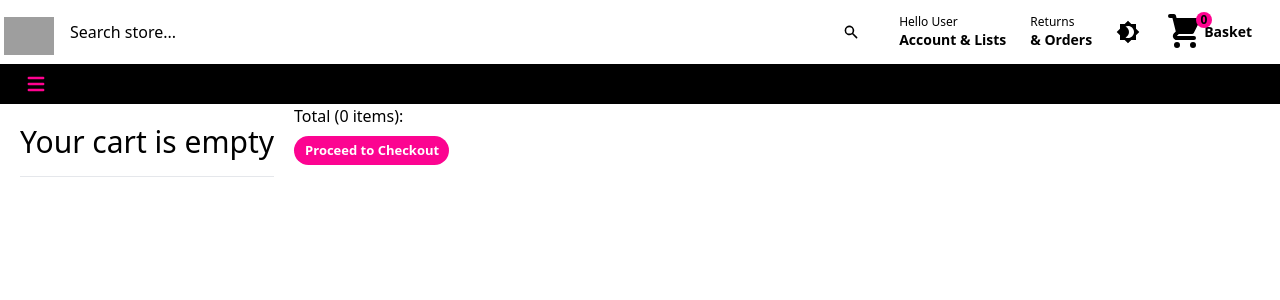
Repository: MarkusDavis/markus-davis-store
Page: /checkout
These files come from the project's save history. The page is drawn as it stood at one moment and after the next save; the edit follows.
The browser window is 1280 px wide. The pictures show the whole page.
Pictures or frames that could not be fetched are drawn as grey boxes. The page's requests for data from a server got no answer. The project was rebuilt for these pictures with package versions that can differ from the ones it lists, and the page was loaded fresh each time. The framework's server and built-in components were replaced by stand-ins that run in the browser. No one was signed in, and anything a server would have sent is missing. Also part of the build but not shown: next.config.js, src/components/CheckoutProduct.js.

Above is the page before, as saved 2022-10-11 02:34:33.

After the next save:
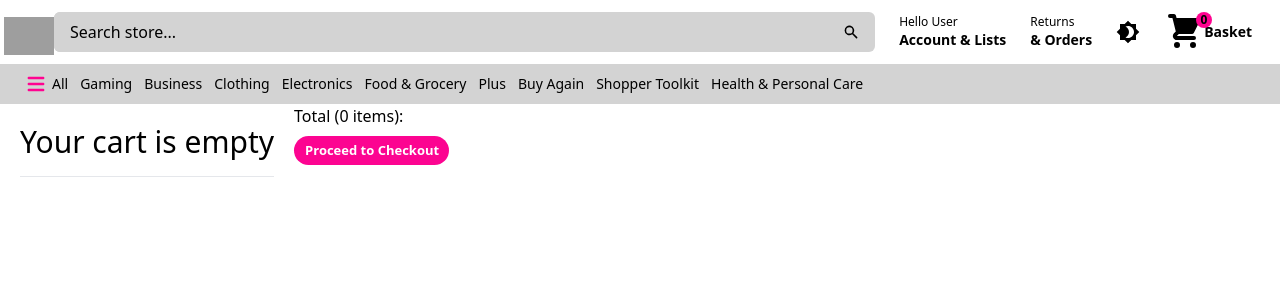
Saved 8 min 19 s later.
--- a/src/components/Header.js
+++ b/src/components/Header.js
@@ -21,13 +21,13 @@ function Header() {
             className="cursor-pointer"
           />
         </div>
-        <div className="hidden sm:flex items-center h-10 rounded-md flex-grow cursor-pointer hover:bg-light-secondary dark:hover:bg-dark-primary">
+        <div className="hidden sm:flex items-center h-10 rounded-md flex-grow cursor-pointer hover:bg-light-secondary dark:hover:bg-dark-primary bg-light-secondary dark:bg-dark-primary">
           <input
-            className="p-2 h-full w-6 flex-grow flex-shrink rounded-l-md focus:outline-none px-4 bg-transparent dark:text-white dark:placeholder:text-white placeholder:text-black"
+            className="p-2 h-full w-6 flex-grow flex-shrink rounded-l-md focus:outline-none px-4 bg-light-secondary dark:bg-dark-primary dark:text-white dark:placeholder:text-white placeholder:text-black"
             type="text"
             placeholder="Search store..."
           />
-          <SearchIcon className="h-12 p-4 dark:text-white" />
+          <SearchIcon className="h-12 p-4 dark:text-white " />
         </div>
         <div className="flex items-center text-xs space-x-6 mx-6 whitespace-nowrap">
           <div onClick={signIn} className="link">
@@ -56,7 +56,7 @@ function Header() {
           </div>
         </div>
       </div>
-      <div className="flex items-center space-x-3 p-2 pl-6 bg-dark-primary text-sm">
+      <div className="flex items-center space-x-3 p-2 pl-6 bg-light-secondary dark:bg-dark-primary text-sm">
         <p className="link flex items-center">
           <MenuIcon className="h-6 mr-1 text-primary" />
           All
